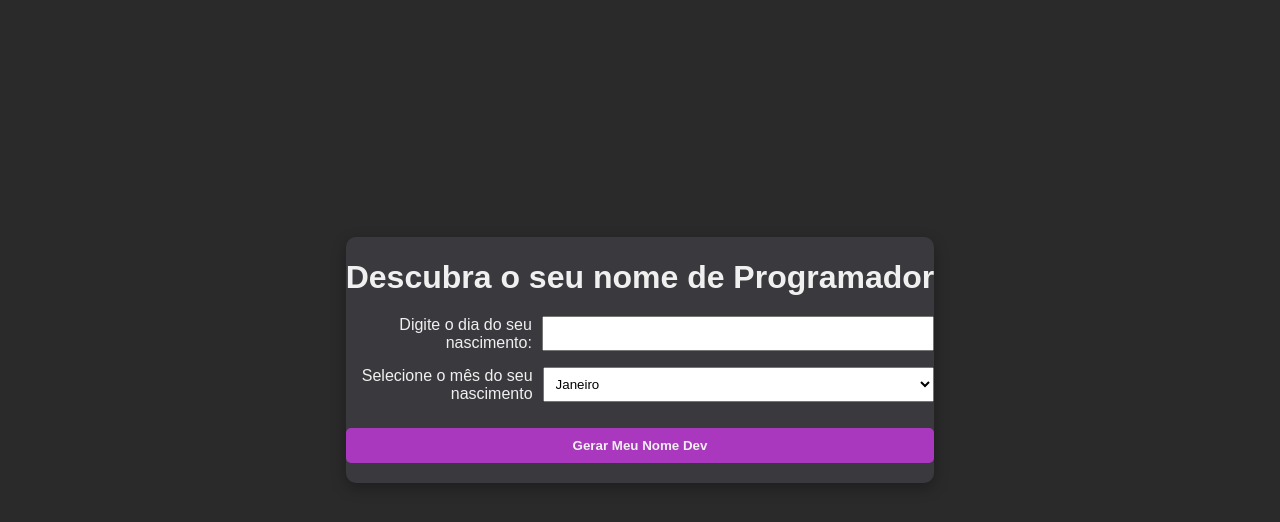
Repository: analessp/seu-nome-dev
Page: index.html
An editor plug-in stored every save of this project. The page is shown before and after the next save, followed by the edit.
The browser window is 1280 px wide. The pictures show the whole page.

Above is the page before, as saved 2025-05-13 11:39:50.

### index.html
<!DOCTYPE html>
<html lang="pt-BR">
<head>
    <meta charset="UTF-8">
    <meta name="viewport" content="width=device-width, initial-scale=1.0">
    <title>Seu Nome Dev</title>
    <link rel="stylesheet" href="styles.css">
</head>
<body>
    <div class="container">
        <h1>Descubra o seu nome de Programador</h1>
        <div class="form-group">
            <label for="dia">Digite o dia do seu nascimento:</label>
            <input type="number" id="dia" min="1" max="31">
        </div>
        <div class="form-group">
            <label for="mes">Selecione o mês do seu nascimento</label>
            <select id="mes">
                <option value="1">Janeiro</option>
                <option value="2">Fevereiro</option>
                <option value="3">Março</option>
                <option value="4">Abril</option>
                <option value="5">Maio</option>
                <option value="6">Junho</option>
                <option value="7">Julho</option>
                <option value="8">Agosto</option>
                <option value="9">Setembro</option>
                <option value="10">Outubro</option>
                <option value="11">Novembro</option>
                <option value="12">Dezembro</option>
            </select>
        </div>
        <button onclick="gerarNomeDev()">Gerar Meu Nome Dev</button>
        <div class="resultado" id="resultado"></div>
    </div>
    <script src="app.js"></script>
</body>
</html>

### styles.css
body {
    background-color: #2a2a2a;
    color: #f0f0f0;
    font-family: "Nunito", sans-serif;
    display: flex;
    justify-content: center;
    align-items: center;
    height: 100vh;
    margin: 0;
}

.container {
    width: 400px
    padding: 20px;
    border-radius: 10px;
    background-color: #3a3a3e;
    box-shadow: 0px 5px 15px rgba(0, 0, 0, 0.3);
}

h1 {
    text-align: center;
    margin-bottom: 20px;
}

.form-group {
    display: flex;
    align-items: center;
    justify-content: space-between;
    margin-bottom: 15px;
}

.form-group label {
    flex: 1;
    margin-right: 10px;
    text-align: right;
}

.form-group input,
.form-group select {
    flex: 2;
    padding: 8px;
    border-radius: 5px
    border: none;
    outline: none;
}

button {
    cursor: pointer;
    width: 100%;
    padding: 10px;
    margin-top: 10px;
    background-color: #aa38be;
    color: #f0f0f0;
    font-weight: bold;
    border: none;
    border-radius: 5px;
    transition: background-color 0.3s;
}

button:hover {
    background-color: #e27cd3;
}

.resultado {
    margin-top: 20px;
    text-align: center;
    font-size: 1.2rem;
    font-weight: bold;
    color: #8b14c7;
}

### app.js
function gerarNomeDev() {
    const dia = parseInt(document.getElementById("dia").value);
    const mes = parseInt(document.getElementById("mes").value);
    const resultado = document.getElementById("resultado");

    if (isNaN(dia) || dia < 1 || dia > 31) {
        resultado.textContent = "Insira um dia válido.";
        return;
    }

    const títulos = {
    1: "Desenvolvedor(a)",
    2: "Desenvolvedor(a)",
    3: "Programador(a)",
    4: "Programador(a)",
    5: "Programador(a)",
    6: "Estagiário(a)",
    7: "Estagiário(a)",
    8: "EEstagiário(a)",
    9: "Sênior",
    0: "Sênior",
};

const meses = {
    1: "bugado(a)",
    2: "do CTRL C, CTRL V",
    3: "das gambiarras",
    4: "que culpa o cache",
    5: "que esquece o que faz",
    6: "do git vazio",
    7: "das try/ catch vazia",
    8: "famosinho do LinkedIn",
    9: "caçador de bugs",
    10: "do Windows Pirata",
    11: "do update sem where",
    12: "do commit bugado",
};

const ultimoDigito = dia % 10;
const titulo = títulos[ultimoDigito];
const mesTexto = meses[mes];

resultado.textContent = `${titulo} ${mesTexto}`;

}

After the next save:
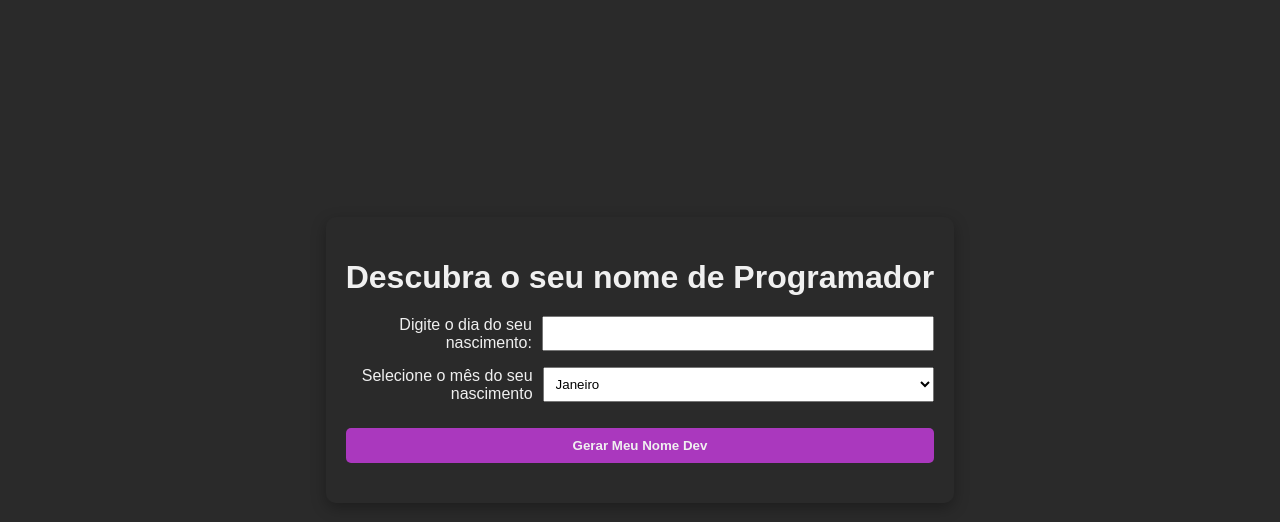
Saved 7 s later.
--- a/styles.css
+++ b/styles.css
@@ -11,9 +11,9 @@ body {
 
 .container {
     width: 400px
+    background-color: #3a3a3e;
     padding: 20px;
     border-radius: 10px;
-    background-color: #3a3a3e;
     box-shadow: 0px 5px 15px rgba(0, 0, 0, 0.3);
 }
 
